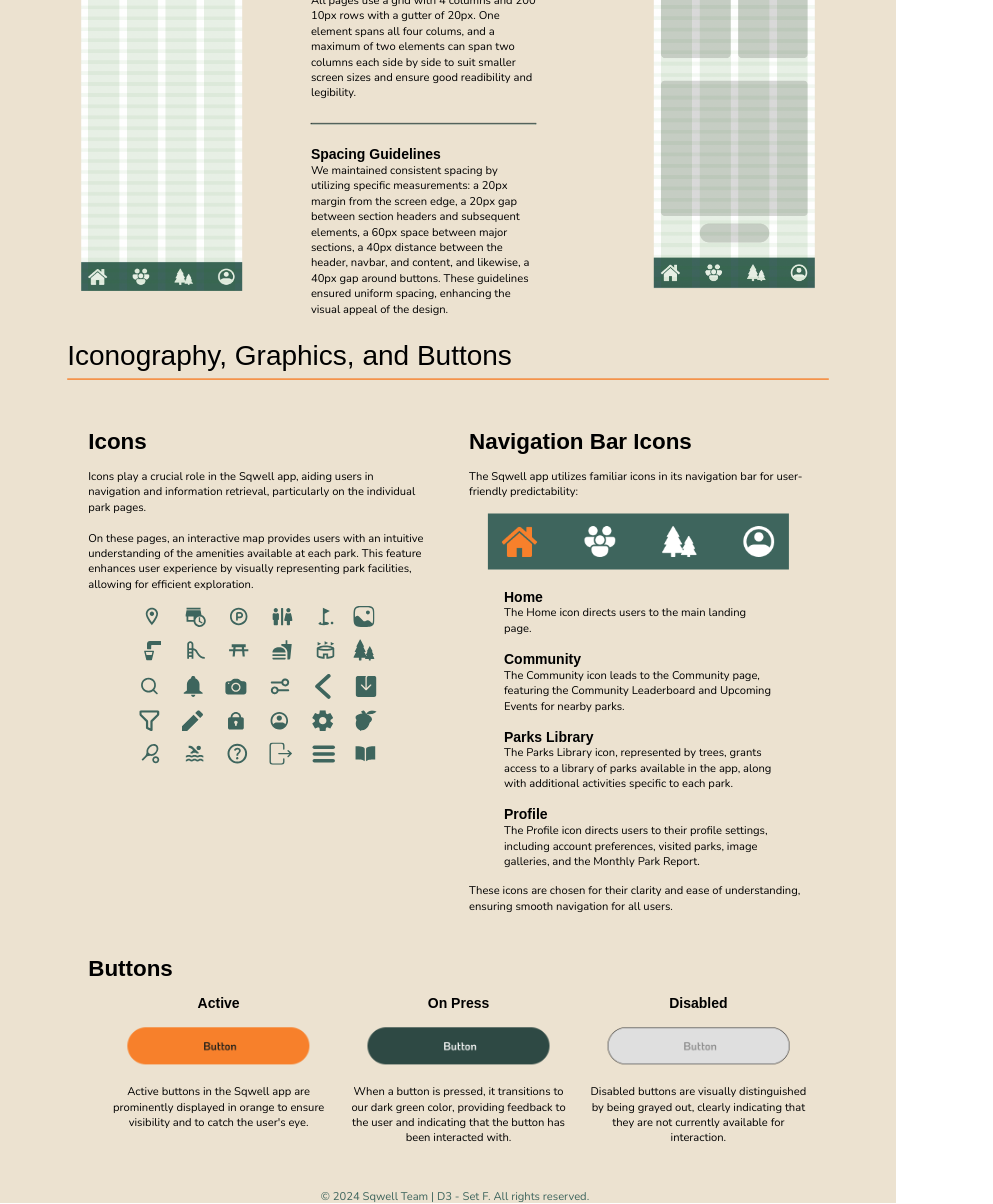
Repository: lpcmendoza/sqwell_styleguide
Page: /
An editor plug-in stored every save of this project. The page is shown before and after a run of saves, followed by the edit.
The browser window is 1280 px wide. The page is 1419 px wide, so the pictures cover 1419 px, including what lies to the right of the window. The pictures show the part of the page from y = 4732 to 6452 px (the page is 6452 px tall), at 70% of full size.
Some web fonts or font styles are not loaded; a fallback is used. The project was rebuilt for these pictures with package versions that can differ from the ones it lists, and the page was loaded fresh each time. The framework's server and built-in components were replaced by stand-ins that run in the browser. Also part of the build but not shown: next.config.mjs.

Above is the page before, as saved 2024-04-08 18:56:37.

After the next 2 saves:
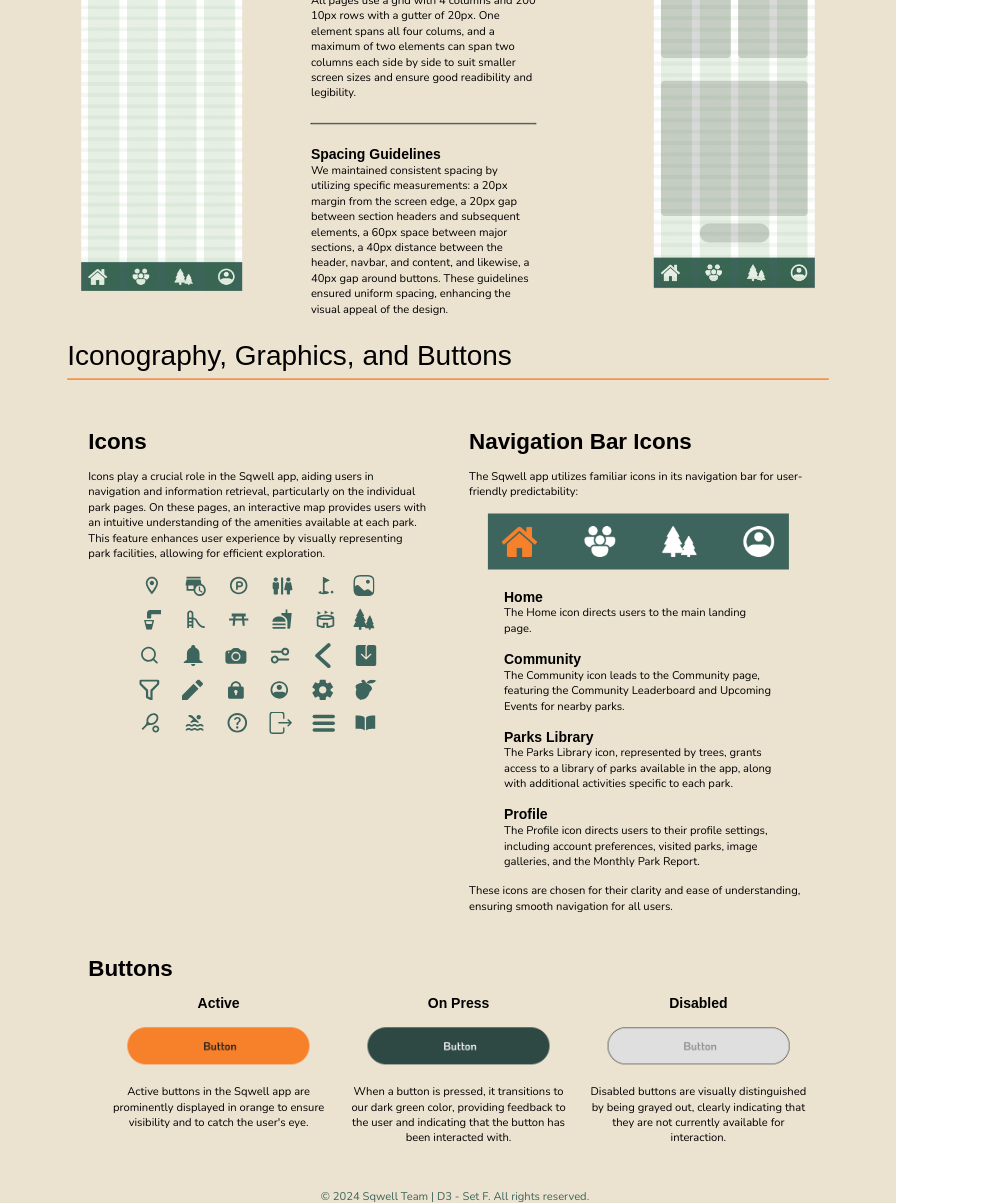
The 2 saves are shown as one change because 1 did not build or start.
The last was saved 24 min 52 s later.
--- a/components/Iconography/index.js
+++ b/components/Iconography/index.js
@@ -8,9 +8,7 @@
     <div className={styles.inconography}>
         <div className={styles.iconsContainer}>
             <h3>Icons</h3>
-            <p>Icons play a crucial role in the Sqwell app, aiding users in navigation and information retrieval, particularly on the individual park pages.</p>
-            <br></br>
-            <p>On these pages, an interactive map provides users with an intuitive understanding of the amenities available at each park. This feature enhances user experience by visually representing park facilities, allowing for efficient exploration.</p>
+            <p>Icons play a crucial role in the Sqwell app, aiding users in navigation and information retrieval, particularly on the individual park pages. On these pages, an interactive map provides users with an intuitive understanding of the amenities available at each park. This feature enhances user experience by visually representing park facilities, allowing for efficient exploration.</p>
             <div className={styles.iconsListContainer}>
             <ul className={styles.iconsList}>
                 <li>
